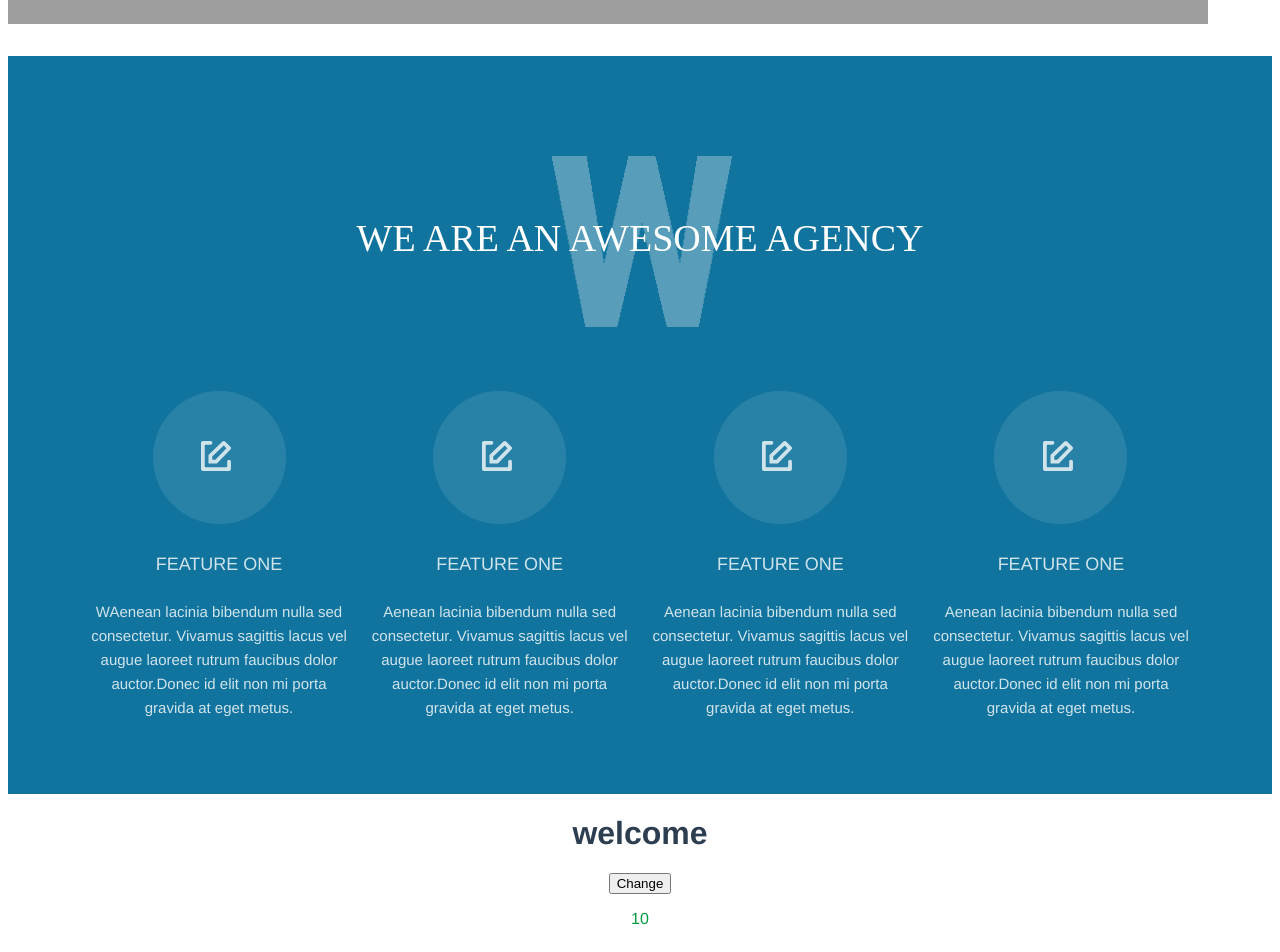
Repository: joker506/Creatives
Page: /
These files come from the project's save history. The page is drawn as it stood at one moment and after the next save; the edit follows.
The browser window is 1280 px wide. The pictures show the part of the page from y = 884 to 1836 px (the page is 1836 px tall).
Pictures or frames that could not be fetched are drawn as grey boxes. The project was rebuilt for these pictures with package versions that can differ from the ones it lists, and the page was loaded fresh each time.

Above is the page before, as saved 2020-04-01 20:05:38.

### src/App.vue
<template>
  <div id="app">
<HeaderApp  />
<AdvantagesApp />

    <HelloWorld
    @clicks="clickUp($event)"
       :msg=msg
       :counter=counter />
  </div>
</template>

<script>
import HelloWorld from './components/HelloWorld.vue'
import HeaderApp from './components/HeaderApp.vue'
import AdvantagesApp from './components/AdvantagesApp.vue'

export default {
  name: 'App',
  data(){
    return{
    msg:"welcome",
    counter:10
    }
  },
  components: {
    HelloWorld,
    AdvantagesApp,
    HeaderApp
  },
  methods:{
    clickUp(event){
      console.log("click")
      this.counter=event
    }
  }
}
</script>

<style>
#app {
  font-family: Avenir, Helvetica, Arial, sans-serif;
  -webkit-font-smoothing: antialiased;
  -moz-osx-font-smoothing: grayscale;
  text-align: center;
  color: #2c3e50;
  overflow: hidden;

}
</style>

### src/components/HelloWorld.vue
<template>
  <div class="hello">
    <h1>{{ msg }} </h1>
   <button @click="clickDown">Change</button>
   <p>{{counter}}</p>

  </div>
</template>

<script>
export default {
  name: 'HelloWorld',

  props: {
    msg: String,
    counter:Number

  },
  methods:{
    clickDown(){
      console.log("Your Click!")
      this.$emit("clicks",this.counter+1)

    }
  }
}
</script>

<style scoped>
h3 {
  margin: 40px 0 0;
}
ul {
  list-style-type: none;
  padding: 0;
}
li {
  display: inline-block;
  margin: 0 10px;
}
a {
  color: #42b983;
}
p{
  color:rgb(3, 156, 62);
}
</style>

### src/components/HeaderApp.vue
<template>

<header class="header">

<div class="header__top">
<a class="logo" href="#" >
    <img src="@/assets/Logo1.png" alt="logo">
</a>
<nav class="main-nav">
    <ul class="main-nav__items">
        <li class="item">
            <a href="#">Home</a> </li>
        <li class="item">
            <a href="#">Pages</a> </li>
        <li class="item">
            <a href="#">Features</a> </li>
        <li class="item">
            <a href="#">Extensions</a> </li>
        <li class="item">
            <a href="#">Tutorials</a> </li>
        <li class="item">
            <a href="#">Contact us</a> </li>
    </ul>
</nav>

<div class="social">
    <ul class="social__items">
        <li class="social__item social__item--fb">
            <a class="social__link" href="#"></a></li>
        <li class="social__item social__item--insta">
            <a class="social__link" href="#"></a></li>
        <li class="social__item social__item--teleg">
            <a class="social__link" href="#"></a></li>
        <li class="social__item social__item--vk">
            <a class="social__link" href="#"></a></li>
    </ul>
</div>

</div>
<div class="header__main">

<h1 class="header__title" >Creatives</h1>
<p class="text"  >Power by PSDfreebies.com</p>

<span class="btn__main">
    <a class="btn__main-link">scroll down</a>
</span>
</div>


</header>

</template>

<script>
export default {
    name:'HeaderApp',

    directives:{
        font:{
            bind(el){
            el.style.fontSize='50px'
            }
        },
        color:{
            bind(el){
                el.style.color='#ffffff'
            }
        }
    }


}
</script>

<style lang="scss">
.header{
    margin: 0;
    padding: 0;
    max-width: 1600px;
    height: 880px;
    padding-top: 20px;
    font-size: 18px;
    background-image: url("~@/assets/Layer96.jpg");
    background-repeat: no-repeat;
    background-position: 0 0;
    background-size: contain;
}

.header__top{
    padding-right: 15px;
    padding-left: 15px;
    display: flex;
    justify-content: space-between;
    height: 90px;
    border-bottom: 3px solid hsla(0, 0%, 47%, 0.5);
}
.wrapper{
    width: 1200px;
}
.logo {
    list-style: none;
    cursor: pointer;
    color: #000000 ;
    &>img{
    width:79px;
    height:75px;
    }
}

.main-nav{
margin-left: 220px;
margin-right: 40px;
//border: 1px solid greenyellow;
}
.main-nav__items{
padding: 0;
margin: 0;
display: flex;
justify-content: space-between;
width: 700px;
height: 85px;
}
.item{
    width: 100px;
    height: 83px;
    list-style: none;
    font-family: "Myriad Pro";
    font-size: 20px;
    font-weight: 400;
    color: #ffffff;
    &:hover{
        border-bottom: 6px solid #11749e;
    }
    &>a{
        display: block;
        padding-top: 30px;
        height: 50px;
        text-decoration: none;
        color: #868686;
   /*  &:hover{
        color: blue;
    } */

    }
}
.social{
width: 141px;
}
.social__items{
    margin: 0;
    padding: 0;
    display: flex;
    justify-content: space-between;
    list-style: none;
}

.social__item{
    width: 20px;
    height: 20px;
    margin-top: 30px;
    position: relative;
    &--fb{
        background-image: url("~@/assets/facebook.svg");
        &:hover{
        background-image: url("~@/assets/fb-active.svg");
        }
    }
     &--insta{
        background-image: url("~@/assets/instagram.svg");
    }
     &--teleg{
        background-image: url("~@/assets/telegram.svg");
    }
     &--vk{
        background-image: url("~@/assets/vk.svg");
    }
    &::before{
        content: '';
        position: absolute;
        width: 30px;
        height: 30px;
         background-position: 0 0;
        background-repeat: no-repeat;
}
}


.social__link{
    display: block;
    padding-top: 30px;
    height: 50px;
    color: #868686;
    text-decoration: none;
}

.header__main{
    height: 766px;
}

.header__title{
    margin: 0 auto;
    margin-top: 130px;

//opacity: -1;
//color: #f5f5f5;
font-family: Gotham;
font-size: 153px;
font-weight: 700;
text-transform: uppercase;
letter-spacing: -1.92px;
}

.text{
margin: 0 auto;
margin-top: 30px;
//opacity: -1;
color: #11749e;
font-family: Gotham;
font-size: 25px;
font-weight: 500;
line-height: 51.19px;
text-transform: uppercase;
/* Text style for "Power by P" */
letter-spacing: 7.88px;
}

.btn__main{
    display: block;
    margin-top: 115px;
    position: relative;

}
.btn__main-link{
    color:beige;
    cursor: pointer;
    font-weight: 500;
    line-height: 22px;
    text-transform: capitalize;
        &::after{
        content: '';
        display: block;
        left: 50%;
        margin: auto;
        margin-top: 15px;
        width: 65px;
        height: 65px;
        background-image: url("~@/assets/chevron.svg");
        background-repeat: no-repeat;
        background-position: 0 0;
        background-size: cover;
        }
        &:hover{
color: #11749e;
}
}



</style>

### src/components/AdvantagesApp.vue
<template>
<section class="advantages">
    <div class="wrap">
<h2 class="advantages__title">
    We Are An Awesome Agency
</h2>
    </div>
    <div class="advantages-block">
<div class="block__first">
   <Div><img src="~@/assets/Ellipse1.png" alt="ellipse"></Div>
    <h3 class="block__title">Feature One</h3>
    <p class="block__text">WAenean lacinia bibendum nulla sed consectetur. Vivamus sagittis lacus vel augue laoreet rutrum faucibus dolor auctor.Donec id elit non mi porta gravida at eget metus.
</p>
</div>
<div class="block__first">
    <div><img src="~@/assets/Ellipse1.png" alt="ellipse"></div>
    <h3 class="block__title">Feature One</h3>
     <p class="block__text">Aenean lacinia bibendum nulla sed consectetur. Vivamus sagittis lacus vel augue laoreet rutrum faucibus dolor auctor.Donec id elit non mi porta gravida at eget metus.
</p>
</div>
<div class="block__first">
    <div><img src="~@/assets/Ellipse1.png" alt="ellipse"></div>
    <h3 class="block__title">Feature One</h3>
     <p class="block__text">Aenean lacinia bibendum nulla sed consectetur. Vivamus sagittis lacus vel augue laoreet rutrum faucibus dolor auctor.Donec id elit non mi porta gravida at eget metus.
</p>
</div>
<div class="block__first">
    <div><img src="~@/assets/Ellipse1.png" alt="ellipse"></div>
    <h3 class="block__title">Feature One</h3>
    <p class="block__text">Aenean lacinia bibendum nulla sed consectetur. Vivamus sagittis lacus vel augue laoreet rutrum faucibus dolor auctor.Donec id elit non mi porta gravida at eget metus.
</p>
</div>
</div>

</section>
</template>

<script>
export default {
    name:'AdvantagesApp',

}
</script>

<style lang="scss">

.advantages{
max-width: 1600px;
height: 738px;
background-color: #11749e;
}
.wrap{
    margin: 0;
}
.advantages-logo{
margin-top: 108px;
    opacity: 0.3 ;
}

.advantages__title{
padding-top: 170px;
margin-bottom: 140px;
color: #ffffff;
font-family: Gotham;
font-size: 38px;
font-weight: 500;
line-height: 25px;
text-transform: uppercase;
position: relative;
&::before{
    content: '';
    position: absolute;
    top: 100px;
    left: 43%;
    width: 180px;
    height: 180px;
    opacity: 0.3;
    background-image: url("~@/assets/W.png");
    background-size: contain;
    background-repeat: no-repeat;
    background-position: 0 0;
}
}
.advantages-block{
    width: 1100px;
    margin: 0 auto;
    display: flex;
    justify-content: space-between;
}
.block__first{
    width: 258px;

    color: #ffffff;
    opacity: 0.8;


}
.block__first>div{
    opacity: 1;
    position: relative;
      &::before{
    content: '';
    position: absolute;
    top: 50px;
    left: 111px;
    width: 30px;
    height: 30px;
    background-image: url("~@/assets/Write.svg");
    background-position: 0 0;
    background-repeat: no-repeat;
    background-size: contain;
}
    }


.block__title{
    font-size: 18px;
font-weight: 500;
line-height: 36px;
text-transform: uppercase;

}
.block__text{
text-align: justefy;    ;
font-size: 15px;
font-weight: 400;
line-height: 24px;
}
</style>

Loaded but not shown: public/index.html (common file); src/main.js (common file)

After the next save:
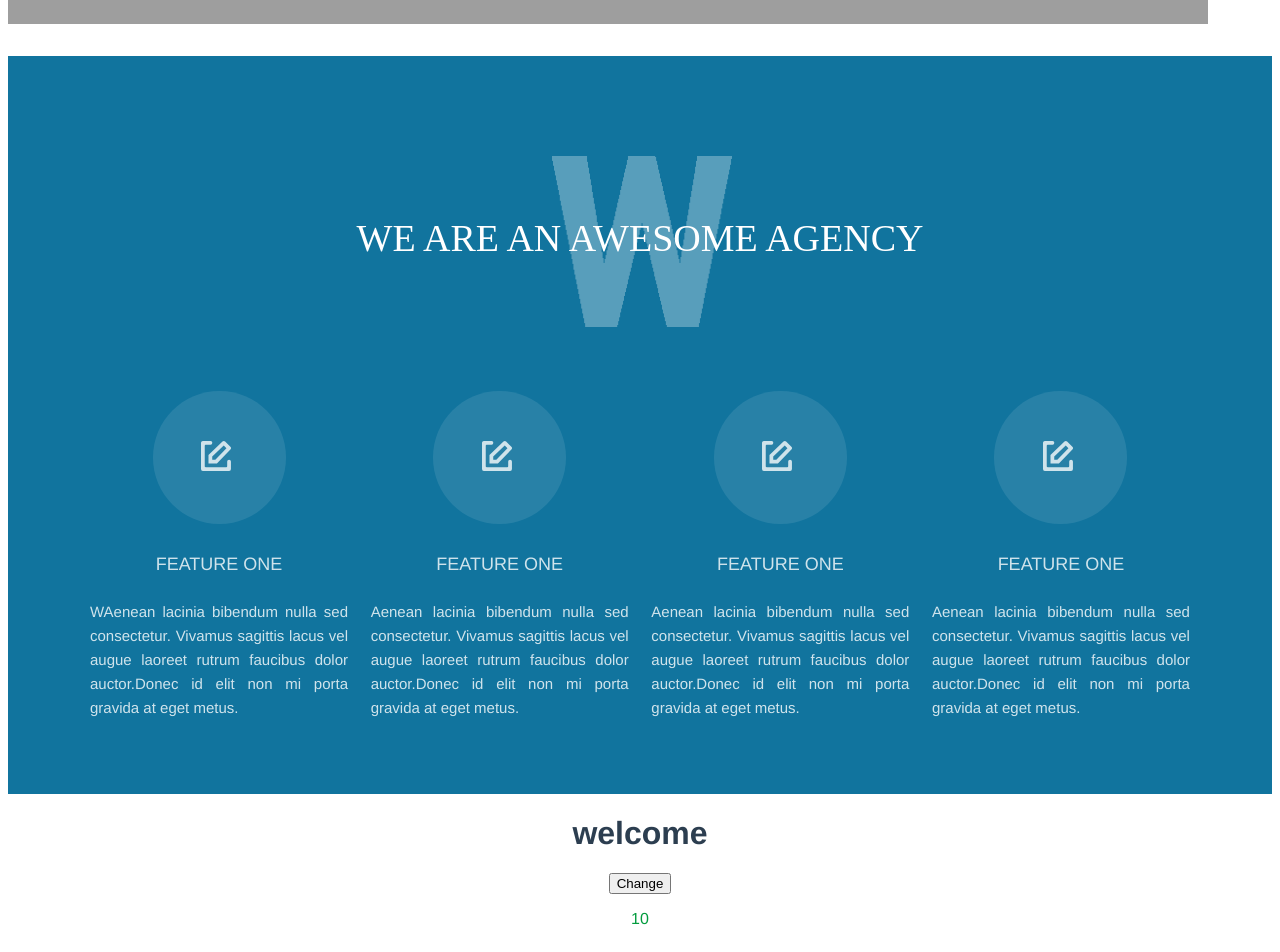
Saved 25 s later.
--- a/src/components/AdvantagesApp.vue
+++ b/src/components/AdvantagesApp.vue
@@ -121,7 +121,7 @@ text-transform: uppercase;
 
 }
 .block__text{
-text-align: justefy;    ;
+text-align: justify;    ;
 font-size: 15px;
 font-weight: 400;
 line-height: 24px;
